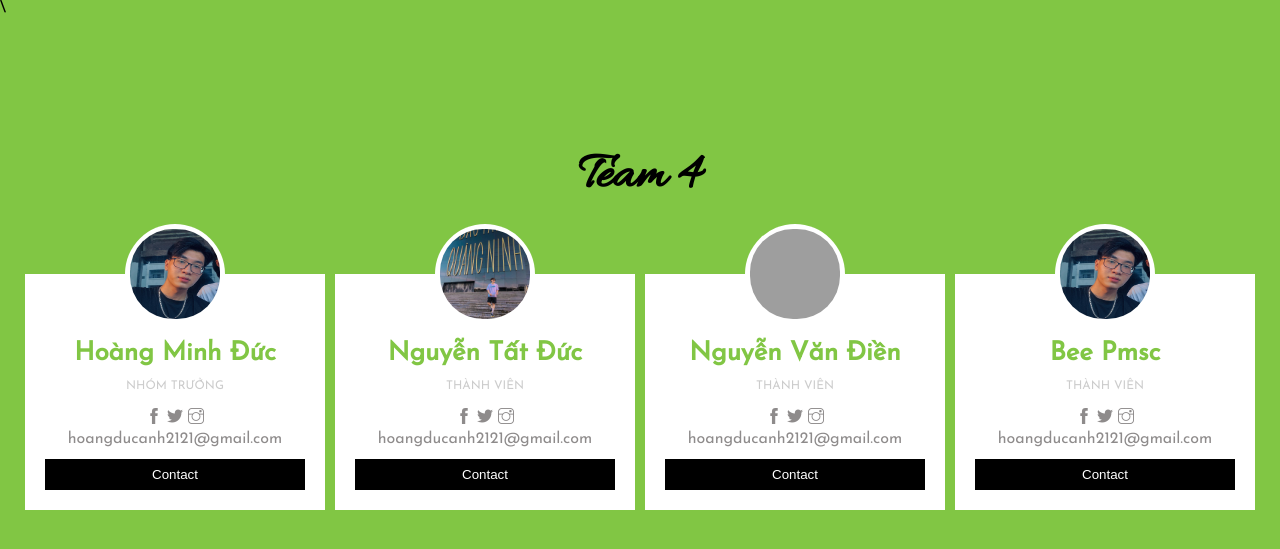
Repository: DuckyNumberONS/webcanhan
Page: index.html
These files come from the project's save history. The page is drawn as it stood at one moment and after the next save; the edit follows.
The browser window is 1280 px wide. The pictures show the whole page.
Pictures or frames that could not be fetched are drawn as grey boxes.

Above is the page before, as saved 2022-10-03 07:55:53.

### index.html
<!DOCTYPE html>
<html lang="en">
  <head>
    <meta charset="UTF-8" />
    <title>Our Team Section</title>
    <link rel="stylesheet" href="styles.css" />
    \
    <link rel="stylesheet" href="/themify-icons/themify-icons.css" />
  </head>
  <body>
    <div class="wrapper">
      <h1>Team 4</h1>
      <div class="team">
        <div class="team_member">
          <div class="team_img">
            <img src="team1.png" alt="Team_image" />
          </div>
          <h3>Hoàng Minh Đức</h3>
          <p class="role">Nhóm trưởng</p>
          <div class="mxh">
            <i class="icon-nav ti-facebook"><a href="#"></a></i>
            <i class="icon-nav ti-twitter-alt"><a href="#"></a></i>
            <i class="icon-nav ti-instagram"><a href="#"></a></i>
          </div>
          <p>hoangducanh2121@gmail.com</p>
          <p>
            <button class="button"><a href="#"></a>Contact</button>
          </p>
        </div>
        <div class="team_member">
          <div class="team_img">
            <img src="team2.jpg" alt="Team_image" />
          </div>
          <h3>Nguyễn Tất Đức</h3>
          <p class="role">Thành Viên</p>
          <div class="mxh">
            <i class="icon-nav ti-facebook"><a href="#"></a></i>
            <i class="icon-nav ti-twitter-alt"><a href="#"></a></i>
            <i class="icon-nav ti-instagram"><a href="#"></a></i>
          </div>
          <p>hoangducanh2121@gmail.com</p>
          <p>
            <button class="button"><a href="#"></a>Contact</button>
          </p>
        </div>
        <div class="team_member">
          <div class="team_img">
            <img src="team2.png" alt="Team_image" />
          </div>
          <h3>Nguyễn Văn Điền</h3>
          <p class="role">Thành Viên</p>
          <div class="mxh">
            <i class="icon-nav ti-facebook"><a href="#"></a></i>
            <i class="icon-nav ti-twitter-alt"><a href="#"></a></i>
            <i class="icon-nav ti-instagram"><a href="#"></a></i>
          </div>
          <p>hoangducanh2121@gmail.com</p>
          <p>
            <button class="button"><a href="#"></a>Contact</button>
          </p>
        </div>
        <div class="team_member">
          <div class="team_img">
            <img src="team1.png" alt="Team_image" />
          </div>
          <h3>Bee Pmsc</h3>
          <p class="role">Thành Viên</p>
          <div class="mxh">
            <i class="icon-nav ti-facebook"><a href="#"></a></i>
            <i class="icon-nav ti-twitter-alt"><a href="#"></a></i>
            <i class="icon-nav ti-instagram"><a href="#"></a></i>
          </div>
          <p>hoangducanh2121@gmail.com</p>
          <p>
            <button class="button"><a href="#"></a>Contact</button>
          </p>
        </div>
      </div>
    </div>
  </body>
</html>

### styles.css
@import url('https://fonts.googleapis.com/css?family=Allura|Josefin+Sans');

*{
  margin: 0;
  padding: 0;
  box-sizing: border-box;
}

body{
  background: #81c644;
  font-family: 'Josefin Sans', sans-serif;
}

.wrapper{
  margin-top: 10%;
}

.wrapper h1{
  font-family: 'Allura', cursive;
  font-size: 52px;
  margin-bottom: 60px;
  text-align: center;
}

.team{
  display: flex;
  justify-content: center;
  width: auto;
  text-align: center;
  flex-wrap: wrap;
}

.team .team_member{
  background: #fff;
  margin: 5px;
  margin-bottom: 50px;
  width: 300px;
  padding: 20px;
  line-height: 20px;
  color: #8e8b8b;
  position: relative;
}

.team .team_member h3{
  color: #81c644;
  font-size: 26px;
  margin-top: 50px;
}

.team .team_member p.role{
  color: #ccc;
  margin: 12px 0;
  font-size: 12px;
  text-transform: uppercase;
}

.team .team_member .team_img{
  position: absolute;
  top: -50px;
  left: 50%;
  transform: translateX(-50%);
  width: 100px;
  height: 100px;
  border-radius: 50%;
  background: #fff;
}
.team_img>img{
  border-radius:3em ;
}
.team .team_member .team_img img{
  width: 100px;
  height: 100px;
  padding: 5px;
}
.button {
  margin-top: 10px;
  border: none;
  outline: 0;
  display: inline-block;
  padding: 8px;
  color: white;
  background-color: #000;
  text-align: center;
  cursor: pointer;
  width: 100%;

}

.button:hover {
  background-color: #555;
}

Loaded but not shown: themify-icons/themify-icons.css (common file)

After the next save:
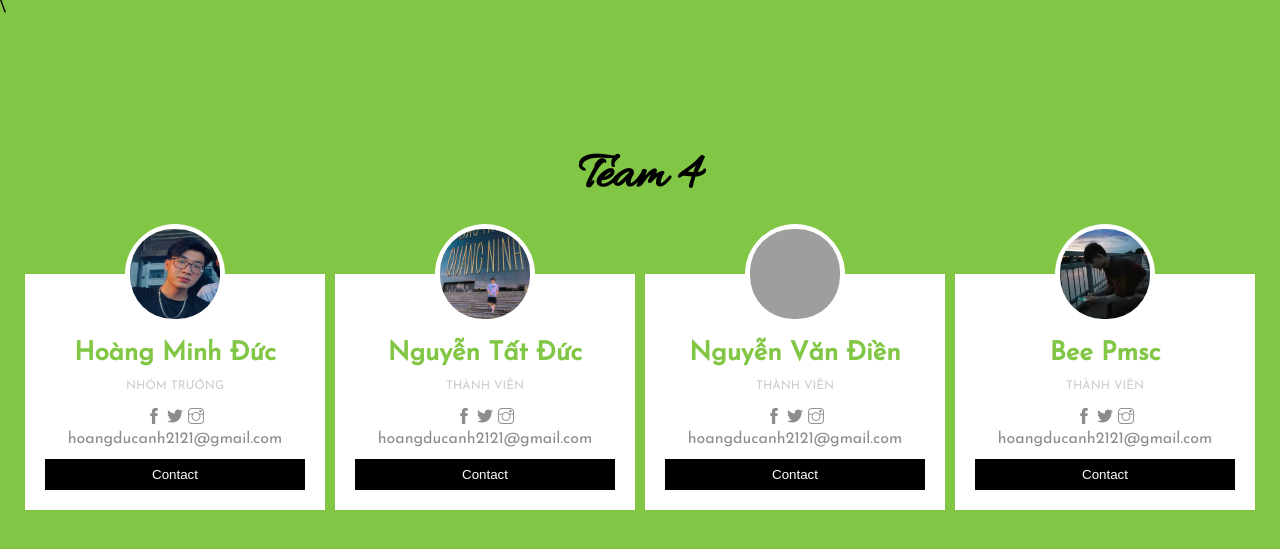
Saved 10 s later.
--- a/index.html
+++ b/index.html
@@ -61,7 +61,7 @@
         </div>
         <div class="team_member">
           <div class="team_img">
-            <img src="team1.png" alt="Team_image" />
+            <img src="team3.jpg" alt="Team_image" />
           </div>
           <h3>Bee Pmsc</h3>
           <p class="role">Thành Viên</p>
